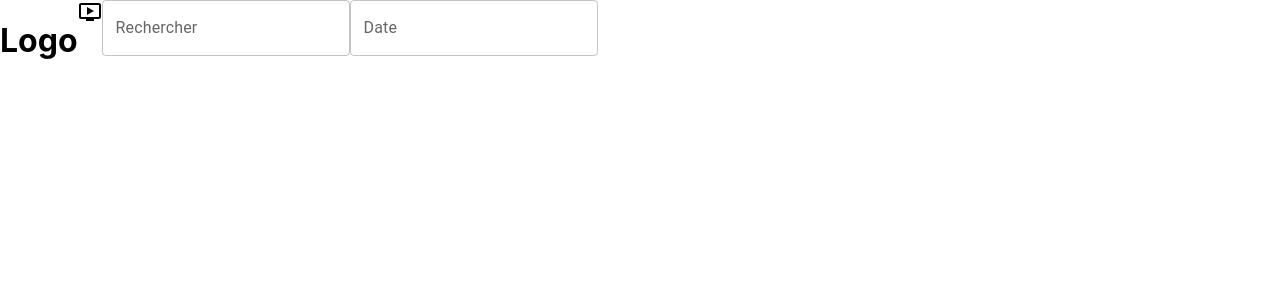
Repository: helmiz02/newproj
Page: /
An editor plug-in stored every save of this project. The page is shown before and after the next save, followed by the edit.
The browser window is 1280 px wide. The pictures show the whole page.
The project was rebuilt for these pictures with package versions that can differ from the ones it lists, and the page was loaded fresh each time. Also part of the build but not shown: src/App.css.

Above is the page before, as saved 2022-02-21 10:22:41.

### src/App.js

import './App.css';
import Header from './component/header';

function App() {
  return (
    <div >
     <Header />
    </div>
  );
}

export default App;

### src/component/header/index.js
import OndemandVideoIcon from "@mui/icons-material/OndemandVideo";
import { TextField } from "@mui/material";
import "./style.css"

export default function Header() {
  return (
    <div className="displayStyle">
      <div className="displayStyle">
        <h1> Logo </h1>
        <OndemandVideoIcon />
      </div>

      <div className="displayStyle">
      <TextField fullWidth label="Rechercher" id="Rechercher" />
      <TextField fullWidth label="Date" id="Date" />
        {/* <DatePickerComponent /> */}

      </div>
    </div>
  );
}

### src/component/header/style.css
.headerContainer{
    display: flex;
    flex-direction: row;
    justify-content: space-between;
    align-items: center;
}

.displayStyle{

    display: flex;
}

Loaded but not shown: public/index.html (common file); src/index.js (common file); src/index.css (common file); src/reportWebVitals.js (common file)

After the next save:
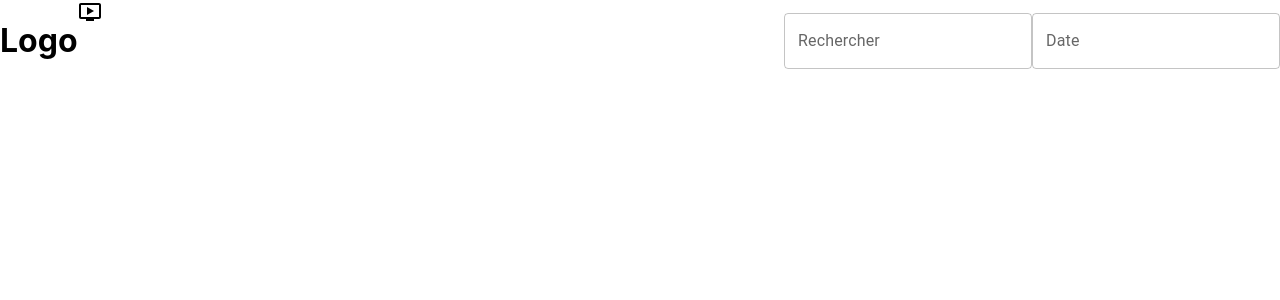
Saved 7 s later.
--- a/src/component/header/index.js
+++ b/src/component/header/index.js
@@ -4,7 +4,7 @@ import "./style.css"
 
 export default function Header() {
   return (
-    <div className="displayStyle">
+    <div className="headerContainer">
       <div className="displayStyle">
         <h1> Logo </h1>
         <OndemandVideoIcon />
